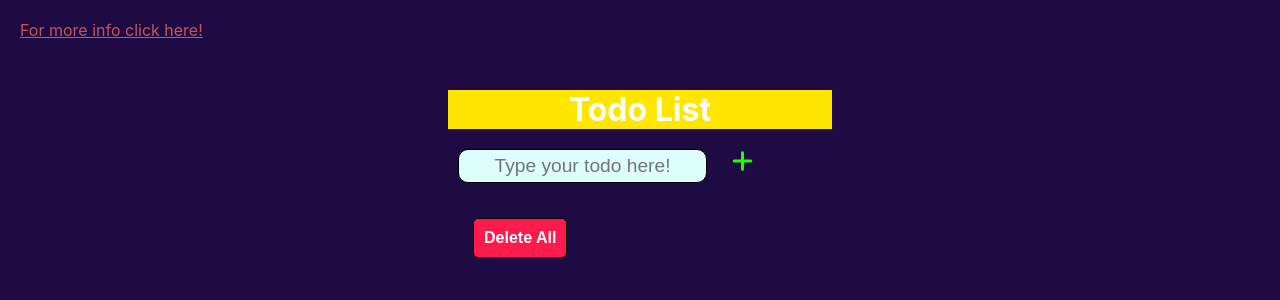
Repository: badhon252/todo-app
Page: /
An editor plug-in stored every save of this project. The page is shown before and after the next save, followed by the edit.
The browser window is 1280 px wide. The pictures show the whole page.
The project was rebuilt for these pictures with package versions that can differ from the ones it lists, and the page was loaded fresh each time.

Above is the page before, as saved 2022-01-26 23:18:24.

After the next save:
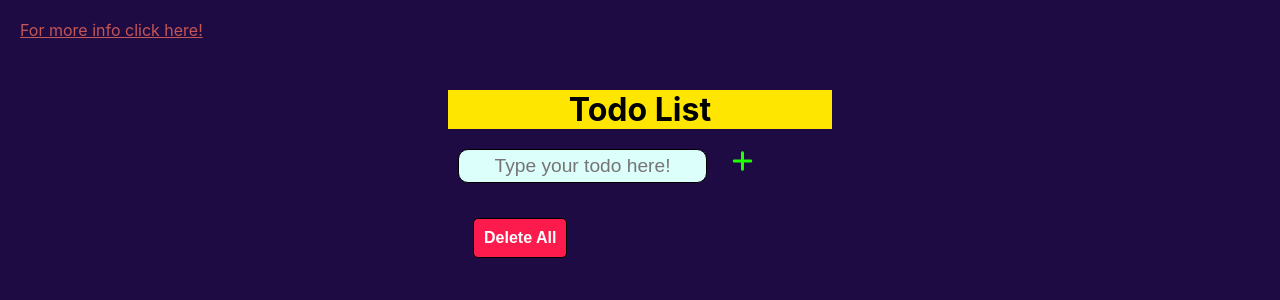
Saved 6 s later.
--- a/src/Styles/style.css
+++ b/src/Styles/style.css
@@ -12,7 +12,7 @@
 }
 h1 {
   background-color: #ffe600;
-  color: #fff;
+  color: rgb(0, 0, 0);
   text-align: center;
 }
 a {
